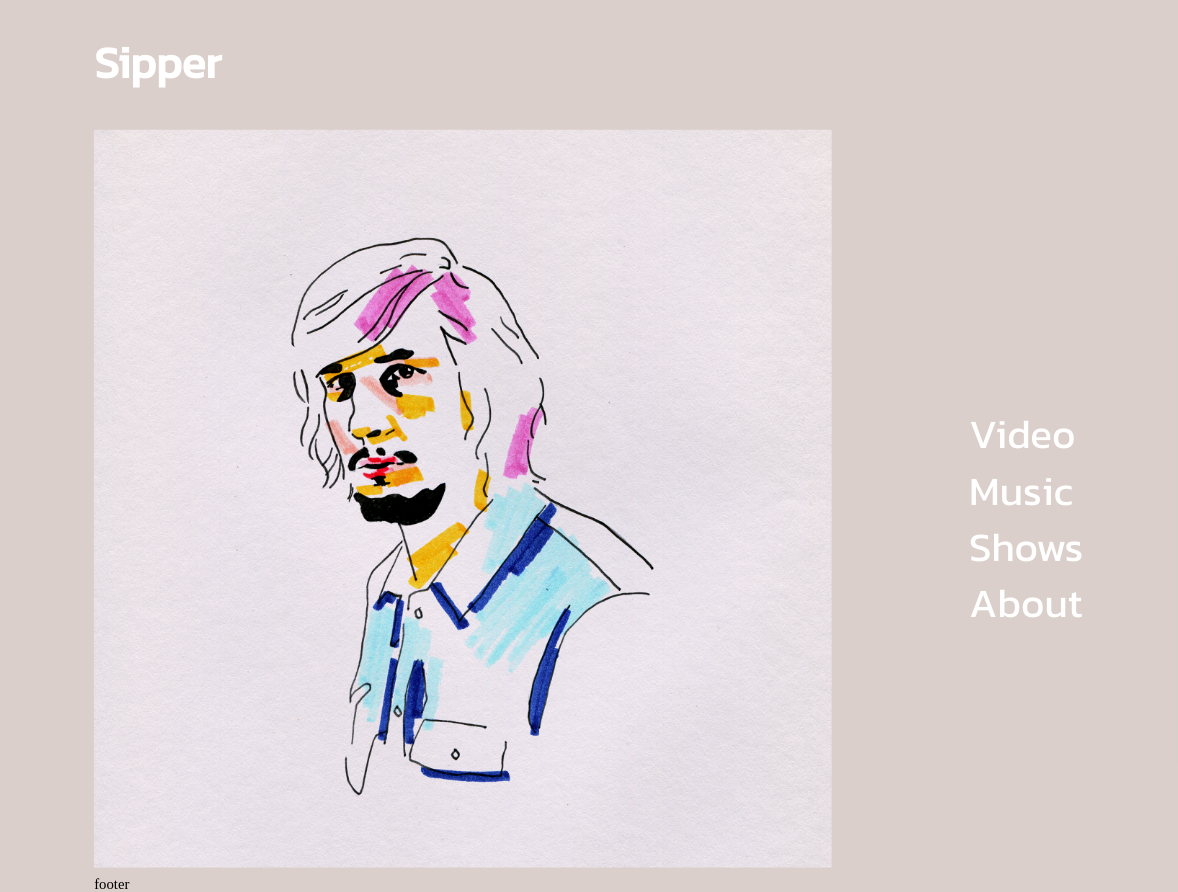
Repository: KrystellBarraza/SipperNYC
Page: home.html
The author's editor kept a copy of each file at every save. The page is drawn from the files as they stood at one save, then again after the next save.
The browser window is 1280 px wide. The pictures show the whole page, at 92% of full size.
Some web libraries are served in a nearby version.

Above is the page before, as saved 2019-08-16 11:09:36.

### home.html
<!DOCTYPE html>
    <head>
        <meta charset="utf-8">
        <meta http-equiv="X-UA-Compatible" content="IE=edge">
        <title>Sipper</title>
        <meta name="description" content="Wholesome and intrinsically delicate, SIPPER is an NYC based band who wants nothing more than to make you enjoy whatever they put out.">
        <meta name="viewport" content="width=device-width, initial-scale=1">
        <script src="https://kit.fontawesome.com/0942df55aa.js"></script>
        <script src="https://ajax.googleapis.com/ajax/libs/jquery/3.4.1/jquery.min.js"></script>
        <link rel="stylesheet" href="https://ajax.googleapis.com/ajax/libs/jqueryui/1.12.1/themes/smoothness/jquery-ui.css">
        <script src="https://ajax.googleapis.com/ajax/libs/jqueryui/1.12.1/jquery-ui.min.js"></script>
        <link href="https://fonts.googleapis.com/css?family=Kanit&display=swap" rel="stylesheet">
        <link rel="stylesheet" href="style.css">
        <link rel="stylesheet" href="venobox/venoboxcopy.css" type="text/css" media="screen">
    </head>
    <body>

        <div class="container-home">
            <div class="head">
                <header>
                    <h1><a href="home.html">Sipper</a></h1>

                    <div id="toggleText">
                        <p class="menuToggle Open placeHolder"></p>
                        <p class="menuToggle Close" style="color: #FFF;"></p>
                    </div>

                    <div id="menu">
                        <ul id="hiddenMenu">
                            <li><a href="#video">Video</a></li>
                            <li><a href="#music">Music</a></li>
                            <li><a href="#shows">Shows</a></li>
                            <li><a href="#about">About</a></li>
                        </ul>
                    </div>

                </header>
            </div>

            <div id="menu-container"></div>

            <div class="menu">
                <div class="flexbox-nav">
                    <nav class="side-Nav">
                        <li><a href="#video">Video</a></li>
                        <li><a href="#music">Music</a></li>
                        <li><a href="#shows">Shows</a></li>
                        <li><a href="#about">About</a></li>
                    </nav>
                </div>
            </div>

            <div class="album">
                <img src="images/albumcover.jpg">
            </div>

            <div class="footer">
               footer
            </div>

        </div>

        <script src="app.js" async defer></script>
        <script src="venobox/venobox.mincopy.js" async defer></script>
    </body>
</html>

### style.css
* {
    box-sizing: border-box;
}

html {
    scroll-behavior: smooth;
}

body {
    margin: 0;
    background-color: #dacfca;
}

p, li {
    font-family: 'Kanit', sans-serif;
}

p {
    font-size: 18px;
}

h1 {
    font-family: 'Kanit', sans-serif;
    color: #fff;
    font-size: 48px;
}

a {
    text-decoration: none;
    color: #fff;
}

/* Header */

.container-home {
    display: grid;
    grid-template-columns: repeat(12, 1fr);
    grid-template-rows: auto 2fr 1fr;
    grid-gap: 5px;
    grid-column-gap: 20px;
    padding-left: 8%;
    padding-right: 8%;
    grid-template-areas:
    "h h h h h h h h h h h h"
    "c c c c c c c c c m m m"
    "c c c c c c c c c m m m"
    "c c c c c c c c c m m m"
    "f f f f f f f f f f f f";
}

.head {
    grid-area: h;
}

/* Toggled Header Nav */

#toggleText {
    top: 5%;
    right: 10%;
    color: #fff;
    position: absolute;
    z-index: 10;
}

#menu-container {
    background-color: #03262f;
    position: absolute;
    width: 100%;
    left: 0%;
    height: 100vh;
    z-index: 6;
}

#menu {
    background-color: #03262f;
    position: absolute;
    top: 0%;
    left: 0%;
    width: 100%;
    height: 100vh;
    z-index: 7;
}

#hiddenMenu {
    position: absolute;
    top: 30%;
}

p.placeHolder {
    display: none;
}

p.Open:before {
    content: "Menu";
}

p.Close:before {
    content: "Close";
}

ul {
    list-style: none;
}

li {
    font-size: 44px;
    line-height: 46pt;
}

/* Toggled Media Queries */

@media only screen and (min-width: 320px) {
    h2 {
        font-size: 24px;
    }
}

@media only screen and (min-width: 375px) {
    h2 {
        font-size: 32px;
    }
}

@media only screen and (max-width: 450px) {
    nav {
        visibility: hidden;
    }
}

@media only screen and (min-width: 450px) {
    #toggleText {
        visibility: hidden;
    }

    #menu {
        visibility: hidden;
    }

    #menu-container {
        visibility: hidden;
    }
}

@media only screen and (min-width: 767px) {
    h2 {
        font-size: 56px;
    }
}

@media only screen and (min-width: 1023px) {
    h2 {
        font-size: 78px;
    }
}

/* Menu */

.menu {
    grid-area: m;
}

.flexbox-nav {
    display: flex;
    align-items: flex-end;
    justify-content: flex-end;
    margin-top: 300px;
}

.side-nav {
    align-self: flex-end;
    margin-top: 30px;
}

nav > a {
    font-family: 'Kanit', sans-serif;
    color: #fff;
    font-size: 48px;
}

nav > li {
    list-style-type: none;
    padding: 0;
    margin: 0;
}

/* Album */

.album {
    grid-area: c;
}

.album > img {
    object-fit: contain;
    width: 100%;
    max-height: 100%;
}

/* Footer */

.footer {
    grid-area: f;
}

### app.js
$(document).ready(() => {
    $('#toggleText').click(() => {
      $('.menuToggle').toggleClass('placeHolder');
      $('#menu').toggle('slide',{direction:'up'}, 1000);
      $('#menu-container').toggle('fade',{direction: 'down'}, 500);
    });
  });

  $(document).ready(function(){
    $('.venobox').venobox({
        spinner:'three bounce',
        closeBackground: 'transparent'
    });
});

Loaded but not shown: venobox/venobox.mincopy.js (library); venobox/venoboxcopy.css (no copy from this time; the picture is the same without it)

After the next save:
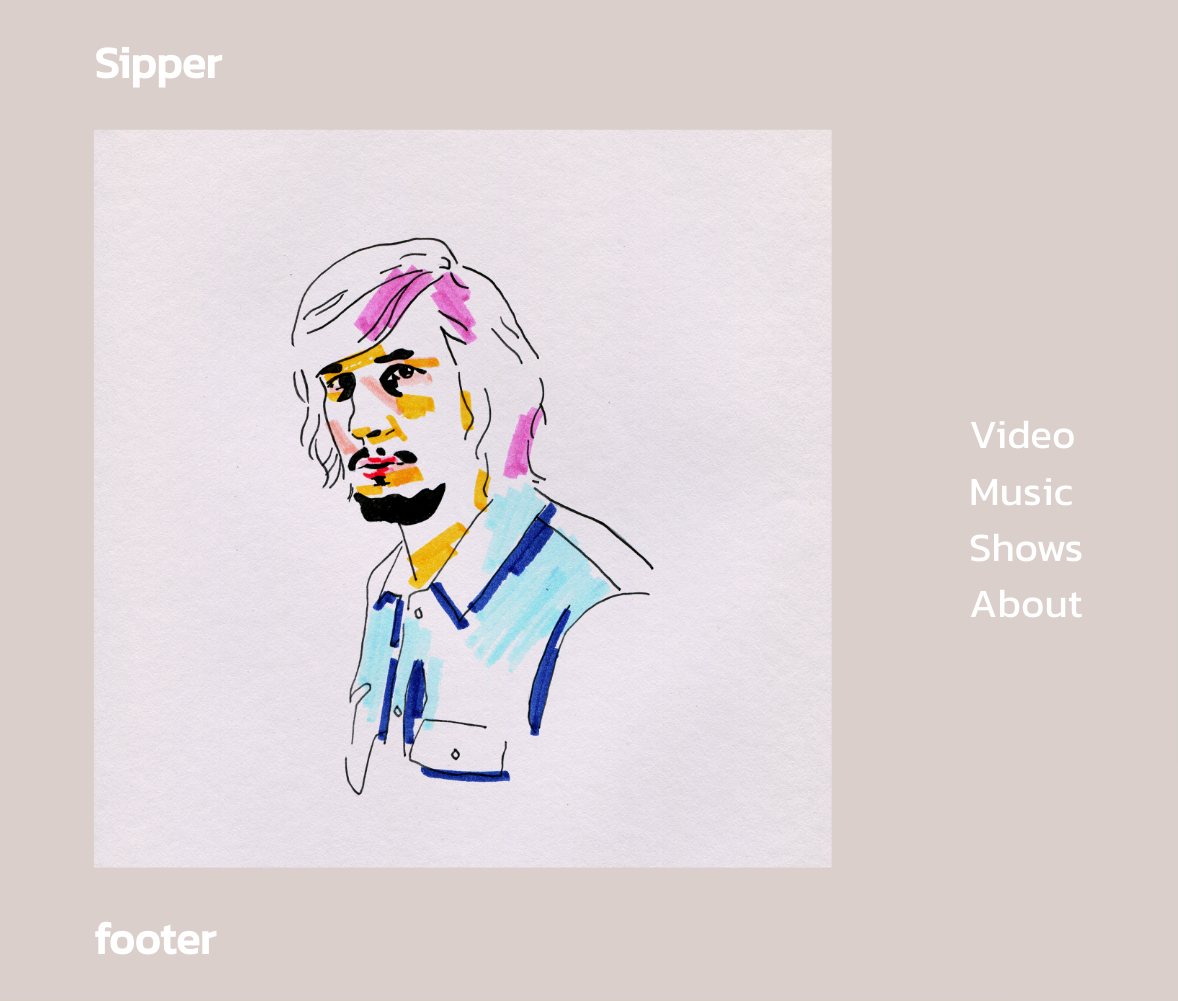
Saved 81 s later.
--- a/home.html
+++ b/home.html
@@ -55,7 +55,7 @@
             </div>
 
             <div class="footer">
-               footer
+               <h1>footer</h1>
             </div>
 
         </div>
